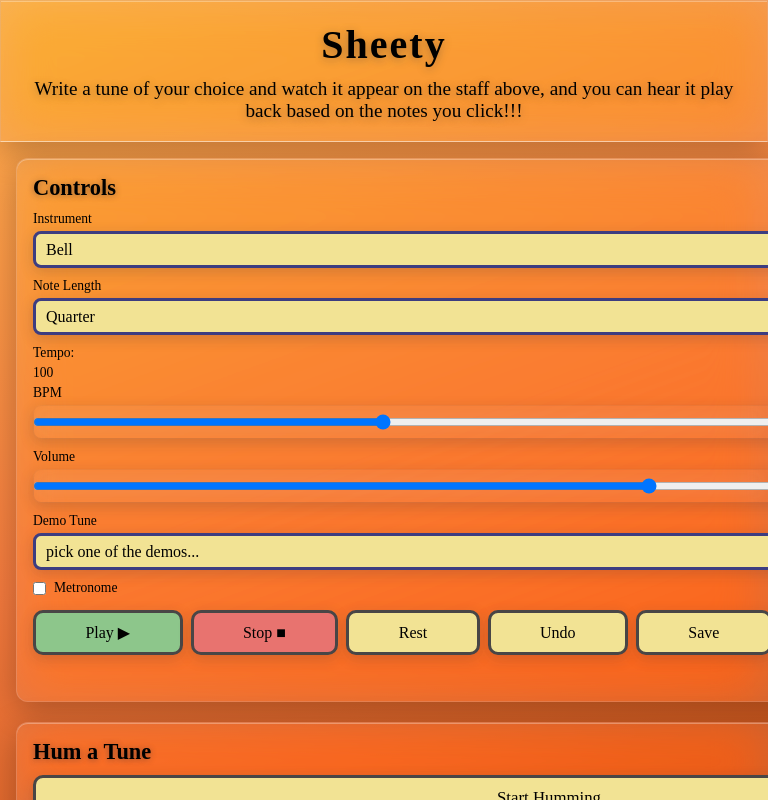
Repository: manayparikh1/sheety
Page: index.html
The author's editor kept a copy of each file at every save. The page is drawn from the files as they stood at one save, then again after the next save.
The browser window is 768 px wide. The pictures show the whole page.
An inner scrolling area shows only its first screen.

Above is the page before, as saved 2026-08-24 19:11:42.

After the next save:
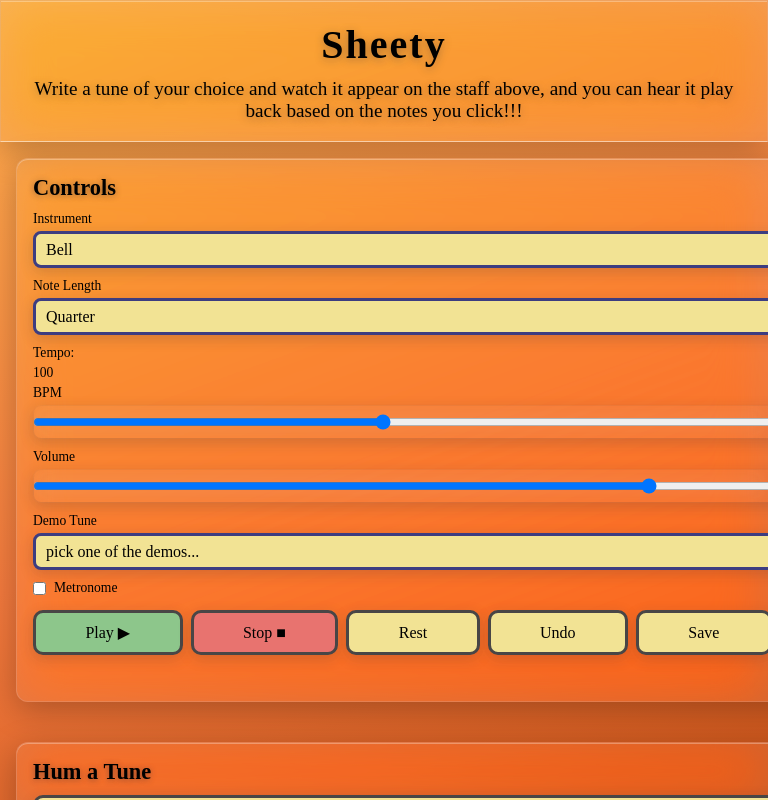
Saved 4 min 43 s later.
--- a/index.html
+++ b/index.html
@@ -405,7 +405,10 @@
             align-items: start;
         }
 
-        .controls {
+        .side {
+            display: flex;
+            flex-direction: column;
+            gap: 20px;
             position: sticky;
             top: 20px;
         }
@@ -415,7 +418,7 @@
                 grid-template-columns: 1fr;
             }
 
-            .controls {
+            .side {
                 position: static;
             }
         }
